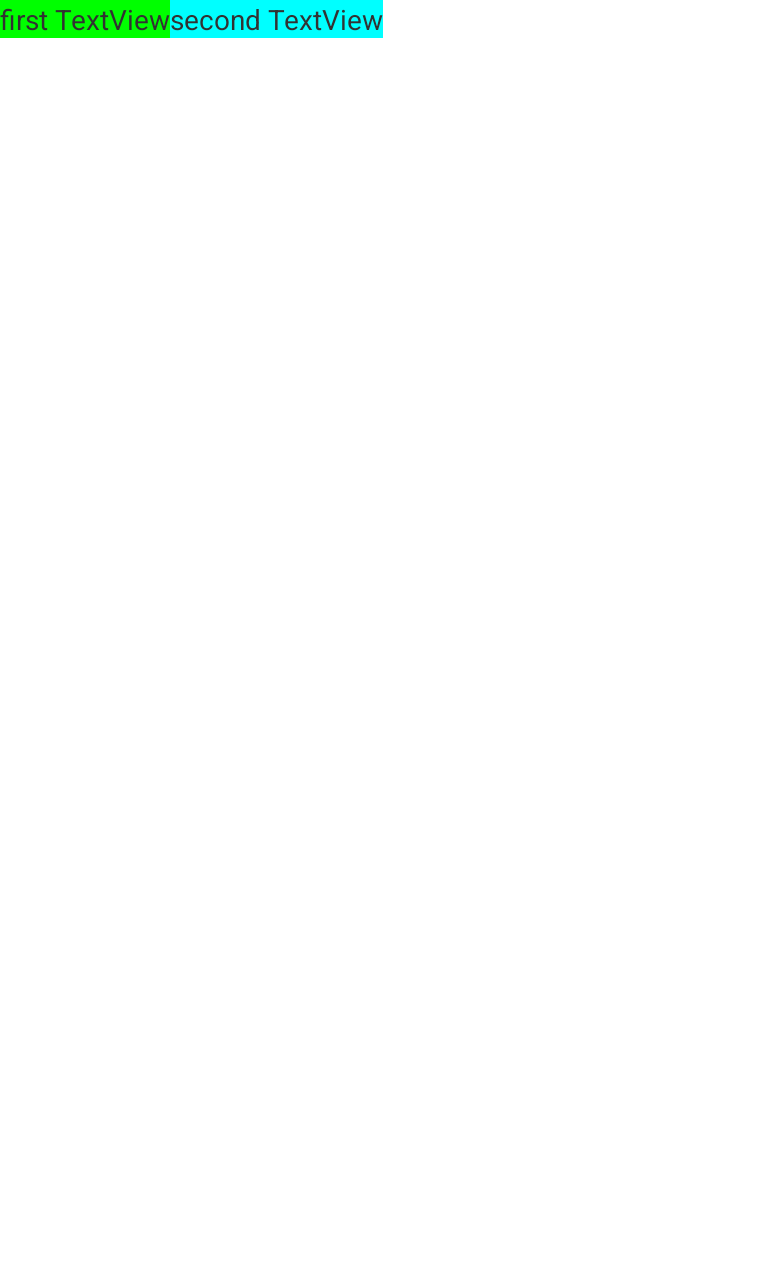
Repository: founderzhl/MarsAndroid
Layout: S01_E13_RelativeLayout/res/layout/activity_main.xml
The author's editor kept a copy of each file at every save. The layout is drawn from the files as they stood at one save, then again after the next save.
It is drawn on a 768 x 1280 px phone screen (xhdpi) without system bars, with theme AppTheme; the app's code is not run.

Above is the layout before, as saved 2015-01-21 16:28:25.

After the next save:
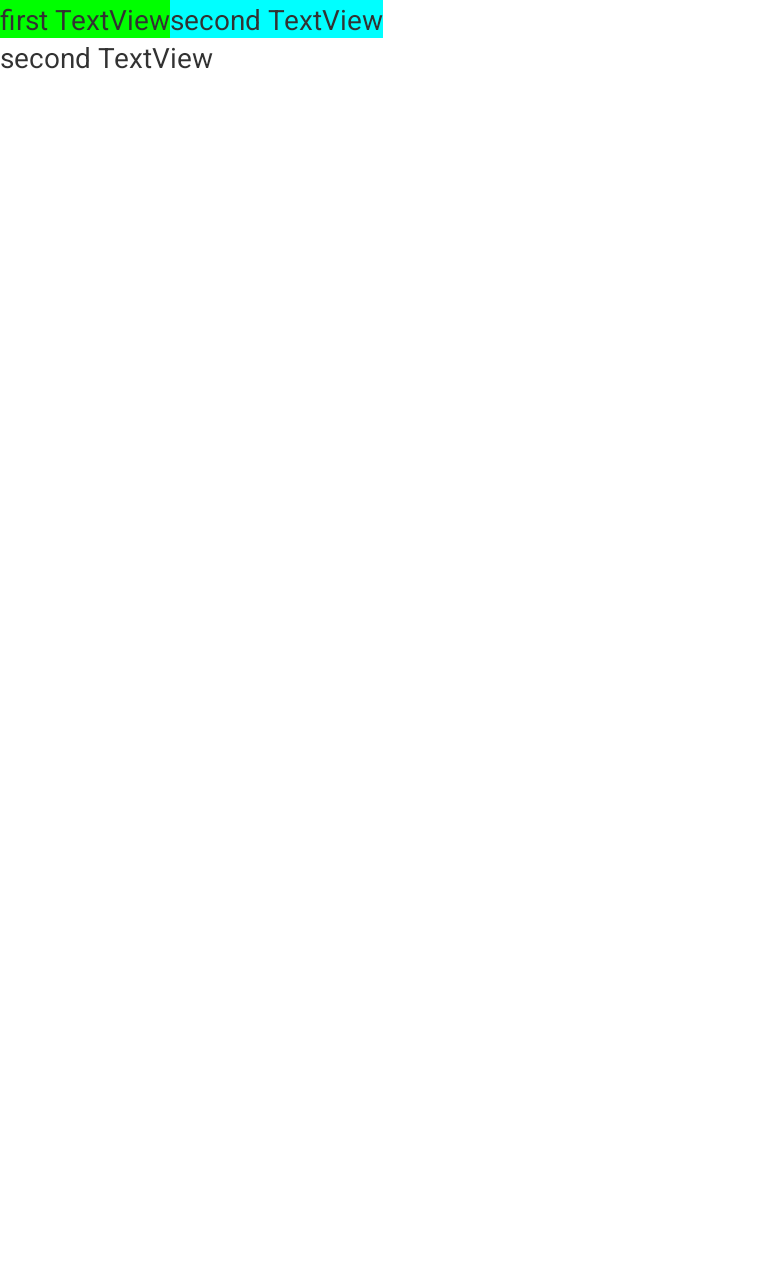
Saved 7 min 18 s later.
--- a/S01_E13_RelativeLayout/res/layout/activity_main.xml
+++ b/S01_E13_RelativeLayout/res/layout/activity_main.xml
@@ -18,6 +18,13 @@
         android:layout_toRightOf="@id/firstview"
         android:text="second TextView" />
 
+        <TextView
+        android:layout_width="wrap_content"
+        android:layout_height="wrap_content"
+        android:background="#FFFFFF"
+        android:layout_below="@id/firstview"
+        android:text="second TextView" />
+
 
 
 </RelativeLayout>
